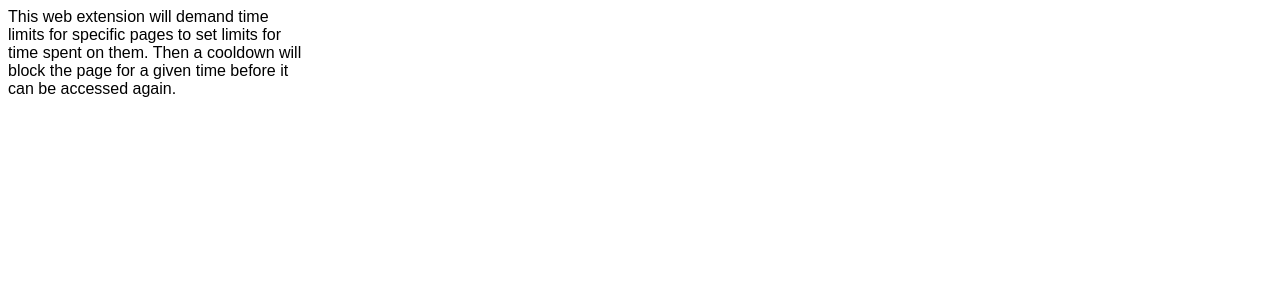
Repository: AndrlmMass/Time-management-chrome-extension
Page: popup.html
An editor plug-in stored every save of this project. The page is shown before and after a run of saves, followed by the edit.
The browser window is 1280 px wide. The pictures show the whole page.
Some web fonts or font styles are not loaded; a fallback is used.

Above is the page before, as saved 2023-08-22 15:08:52.

### popup.html
<!DOCTYPE html>
<html>
<head>
  <title>Popup</title>
  <link rel="stylesheet" type="text/css" href="styles.css">
</head>
<body>
  <div id="popup-container">
    <text> This web extension will demand time limits for specific pages to set limits for time spent on them. Then a cooldown will block the page for a given time before it can be accessed again.</text>
  </div>
  <script src="popup.js"></script>
</body>
</html>

### styles.css
@font-face {
  font-family: 'CustomFont';
  src: url('path/to/font.woff2') format('woff2'),
       url('path/to/font.woff') format('woff');
}

body {
  font-family: 'CustomFont', sans-serif;
}

### popup.js
document.addEventListener('DOMContentLoaded', function() {
  // Get the popup's main container element
  const popupContainer = document.getElementById('popup-container');

  // Set custom width and height
  popupContainer.style.width = '300px';    // Adjust width as needed
  popupContainer.style.height = '200px';   // Adjust height as needed
});

After the next 3 saves:
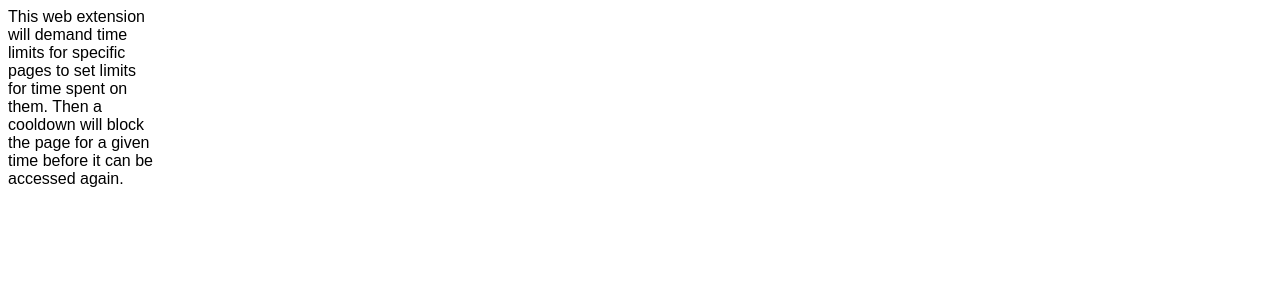
The 3 saves are shown as one change because they came seconds apart.
The last was saved 47 s later.
--- a/popup.js
+++ b/popup.js
@@ -3,6 +3,6 @@ document.addEventListener('DOMContentLoaded', function() {
   const popupContainer = document.getElementById('popup-container');
 
   // Set custom width and height
-  popupContainer.style.width = '300px';    // Adjust width as needed
-  popupContainer.style.height = '200px';   // Adjust height as needed
+  popupContainer.style.width = '150px';    // Adjust width as needed
+  popupContainer.style.height = '100px';   // Adjust height as needed
 });
